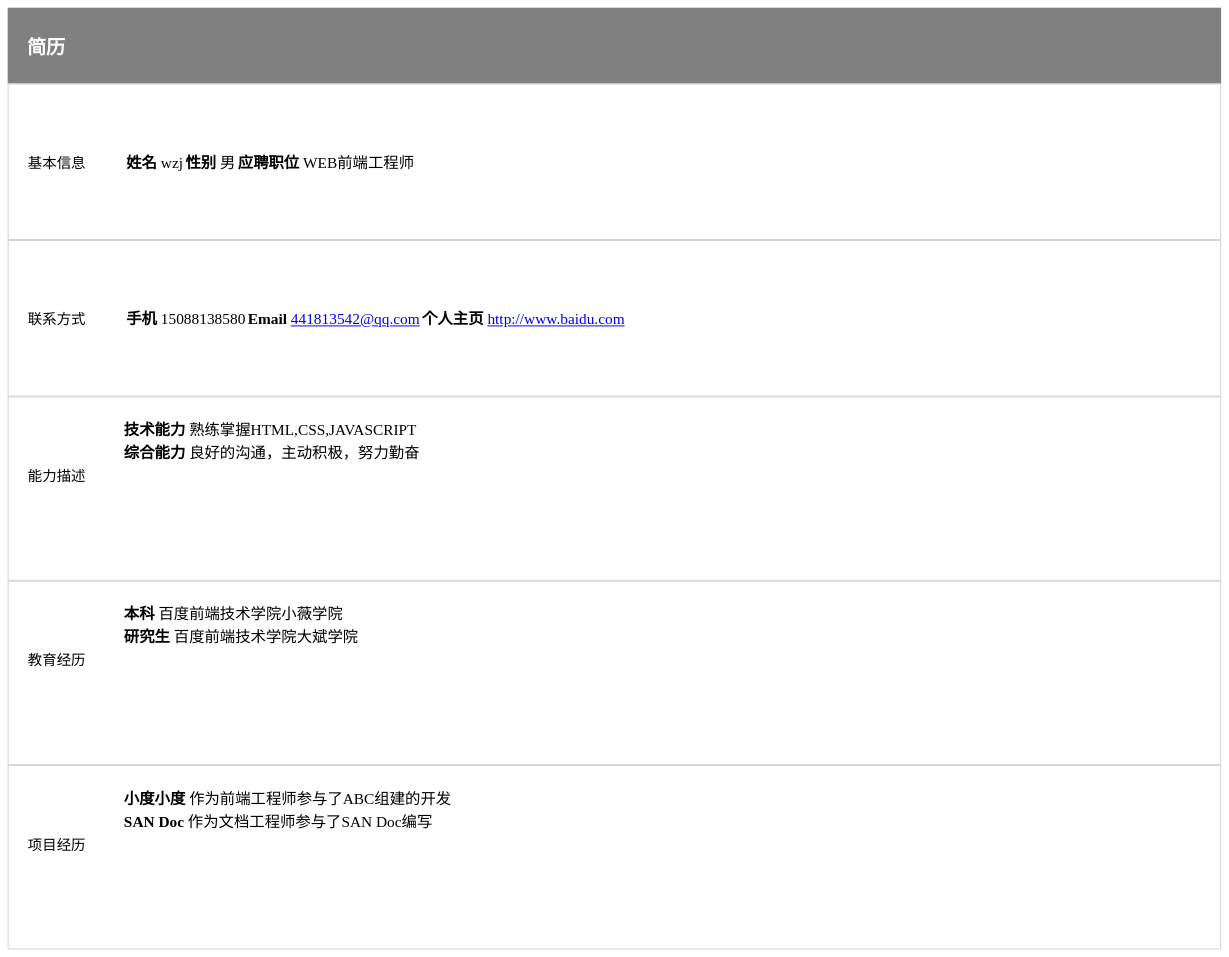
Repository: w441813542/webrecord
Page: day6_day7/jianli.html
These files come from the project's save history. The page is drawn as it stood at one moment and after the next save; the edit follows.
The browser window is 1280 px wide. The pictures show the whole page, at 96% of full size.

Above is the page before, as saved 2021-03-09 15:17:27.

### day6_day7/jianli.html
<!DOCTYPE html>
<html>

<head>
  <!-- <link rel="stylesheet" type="text/css" href="style_1.css" /> -->
  <!-- <link rel="stylesheet" type="text/css" href="style_2.css" /> -->
  <link rel="stylesheet" type="text/css" href="style_3.css" />
</head>

<body>
  <div class="box">
    <div class="left">
      <div class="caption">简历</div>
    </div>
    <div class="right">
      <div>
        <!-- <tr>
          <th rowspan="15" class="caption" align="center" valign="top">简历</th>
        </tr> -->
        <div class="part">
          <div class="part_left">
            <div class="th">基本信息</div>
          </div>
          <div class="part_right">
            <div class="td"><span>姓名</span> wzj</div>
            <div class="td"><span>性别</span> 男</div>
            <div class="td"><span>应聘职位</span> WEB前端工程师</div>
          </div>
        </div>
        <div class="part">
          <div class="part_left">
            <div class="th">联系方式</div>
          </div>
          <div class="part_right">
            <div class="td"><span>手机</span> 15088138580</div>
            <div class="td"><span>Email</span> <a href="mailto:441813542@qq.com">441813542@qq.com</a></div>
            <div class="td"><span>个人主页</span> <a href="http://www.baidu.com">http://www.baidu.com</a></div>
          </div>
        </div>
        <div class="part flex">
          <div class="part_left">
            <div class="th">能力描述</div>
          </div>
          <div class="part_right">
            <div class="td msgtd block"><span>技术能力</span> 熟练掌握HTML,CSS,JAVASCRIPT</div>
            <div class="td msgtd block"><span>综合能力</span> 良好的沟通，主动积极，努力勤奋</div>
          </div>
        </div>
        <div class="part flex">
          <div class="part_left">
            <div class="th">教育经历</div>
          </div>
          <div class="part_right">
            <div class="td msgtd block"><span>本科</span> 百度前端技术学院小薇学院</div>
            <div class="td msgtd block"><span>研究生</span> 百度前端技术学院大斌学院</div>
          </div>
        </div>
        <div class="part flex">
          <div class="part_left">
            <div class="th">项目经历</div>
          </div>
          <div class="part_right">
            <div class="td msgtd block"><span>小度小度</span> 作为前端工程师参与了ABC组建的开发</div>
            <div class="td msgtd block"><span>SAN Doc</span> 作为文档工程师参与了SAN Doc编写</div>
          </div>
        </div>
      </div>

    </div>
  </div>
</body>

</html>

### day6_day7/style_3.css
html {
    font-size: 10px;
  }

  /* div{
    border: 1px solid gray;
  } */

  .td {
    font-size: 1.6em;
    display: inline-block;
  }

  .th {
    font-size: 1.5em;
    display: inline-block;
  }

  .caption {
    font-size: 2em;
    font-weight: bold;
    color: white;
    text-align: left;
    background: gray;
    padding-top: 25px;
    padding-left: 20px;
    padding-bottom: 25px;
  }

 .part{
   display: block;
   border: 1px solid lightgray;
 }

  .part_left{
    display: inline-block;
    padding-top: 70px;
    padding-bottom: 70px;
    padding-left: 20px;
    padding-right: 20px;
    background: ligray;
  }

  .part_right{
    display: inline;
    height: 150px;
    padding: 20px;
  }

  span {
    font-weight: bold;
  }

  .box{
      display: block;
  }

  .flex{
    display: flex;
  }

  .block{
    display: block;
  }

After the next save:
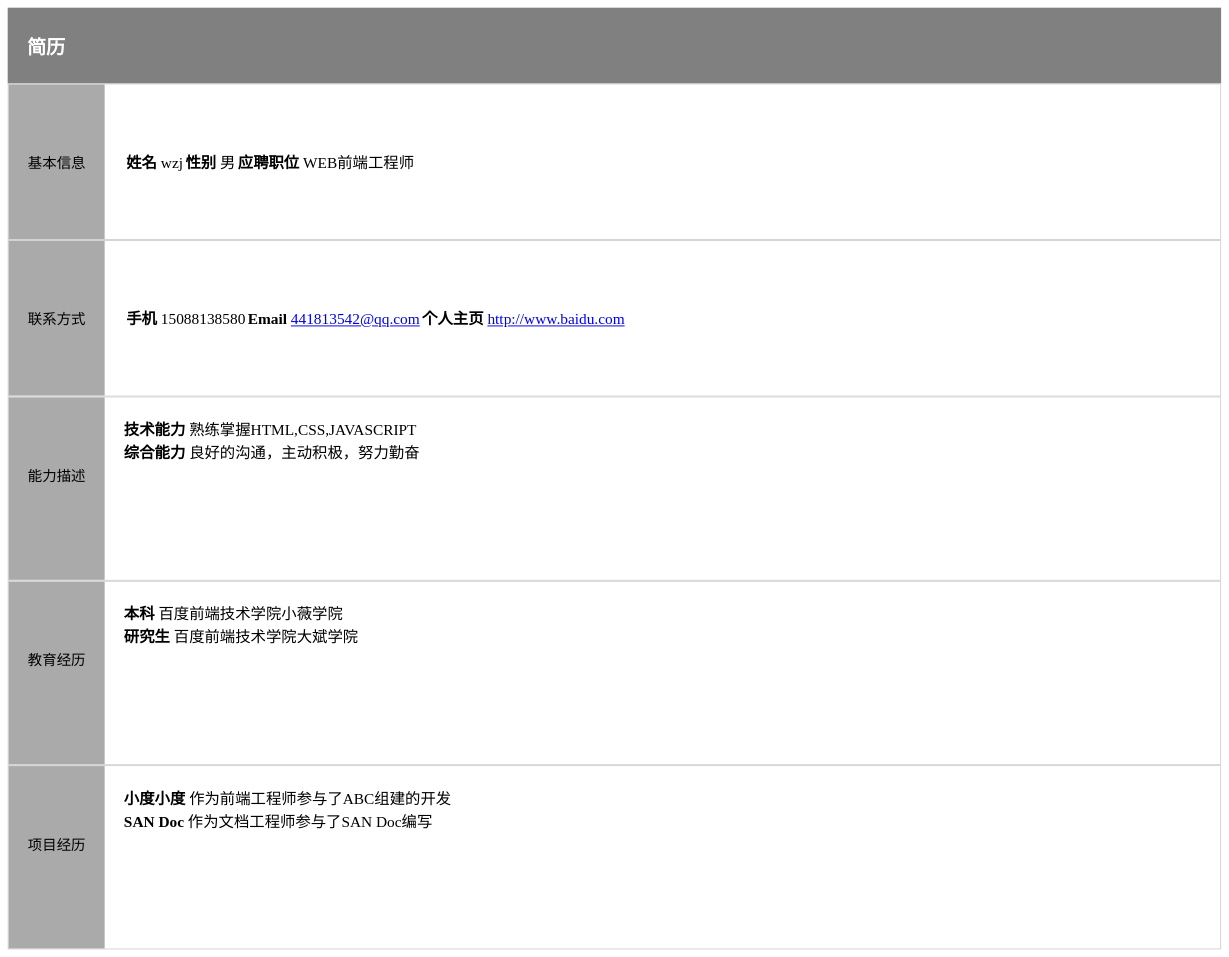
Saved 9 s later.
--- a/day6_day7/style_3.css
+++ b/day6_day7/style_3.css
@@ -38,7 +38,7 @@ html {
     padding-bottom: 70px;
     padding-left: 20px;
     padding-right: 20px;
-    background: ligray;
+    background: #aaa;
   }
 
   .part_right{
